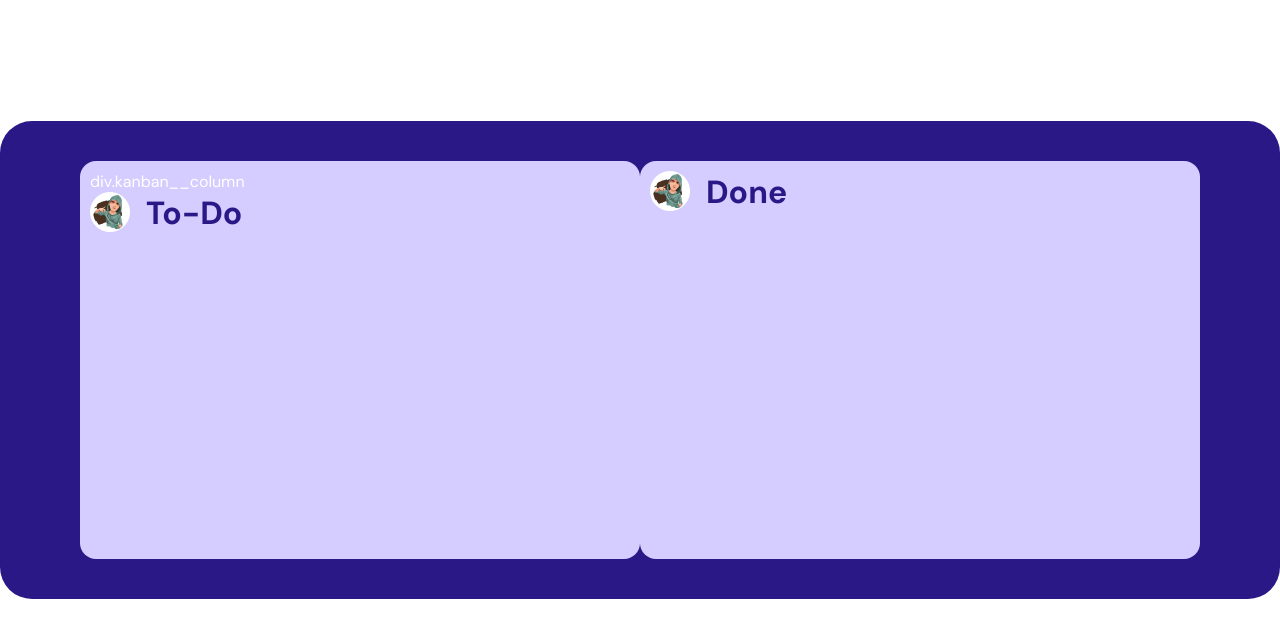
Repository: VitasYo/Kanban
Page: index.html
These files come from the project's save history. The page is drawn as it stood at one moment and after a run of saves; the edit follows.
The browser window is 1280 px wide. The pictures show the whole page.

Above is the page before, as saved 2024-04-14 23:25:51.

### index.html
<!DOCTYPE html>
<html lang="en">
<head>
  <meta charset="UTF-8">
  <meta name="viewport" content="width=device-width, initial-scale=1.0">
  <link rel="stylesheet" href="./src/assets/css/index.css">
  <title>To-Do-List-Kanban</title>
</head>
<body>
  <main class="kanban">
    <section class="kanban__column">
      div.kanban__column
      <div class="kanban__title_and_icon">
        <img height=40 width=40 src="src/assets/img/Avatar.jpg" alt="Аватар">
        <h2 class="kanban__title">To-Do</h2>
      </div>

    </section>

    <section class="kanban__column kanban__column--done">
      <div class="kanban__title_and_icon">
        <img height=40 width=40 src="src/assets/img/Avatar.jpg" alt="Аватар">
        <h2 class="kanban__title">Done</h2>
      </div>
    </section>
  </main>
  </body>
<script src="./src/assets/js/index.js"></script>
</html>

### src/assets/css/index.css
@import url('https://fonts.googleapis.com/css2?family=DM+Sans:opsz,wght@9..40,100;9..40,200;9..40,300;9..40,400;9..40,500;9..40,600;9..40,700;9..40,800;9..40,900;9..40,1000&display=swap');
@import './component/_kanban.css';
@import './_media.css';



* {
  font-family: 'DM Sans', sans-serif;
}

* {
  box-sizing: border-box;
  margin: 0;
  padding: 0;
}

body {
  font-family: 'Arial', sans-serif;
  background-color: white;
  color: white;
  display: flex;
  flex-direction: column;
  min-height: 100vh;
}


.header__title,
.footer__text {
  margin: 0;
  padding: 10px 0;
}

.container {
  width: 100%;
  padding-right: 15px;
  padding-left: 15px;
  margin-right: auto;
  margin-left: auto;
}

### src/assets/css/component/_kanban.css
.kanban {
    display: flex;
    flex-wrap: wrap;
    justify-content: space-around;
    flex-grow: 1;
    flex: 0 0 100%;
    border-radius: 32px;
    border: 40px solid #2B1887;
    background-color: #2B1887;
    display: grid;
    grid-template-columns: 1fr 1fr;
    margin: auto;
    padding-inline: 40px;
}

.kanban__column {
    height: 398px;
    width: 560px;
    background-color: #D5CCFF;
    border-radius: 16px;
    padding: 10px;
}

.kanban__title {
    color: #2B1887;
    font-size: 32px;
    margin-bottom: 24px;
    padding-left: 16px;
}

.kanban__title_and_icon {
    display: flex;
}

### src/assets/css/_media.css
@media (min-width: 576px) {
    .container {
        max-width: 540px;
    }
}

@media (min-width: 768px) {
    .container {
        max-width: 720px;
    }
}

@media (min-width: 992px) {
    .container {
        max-width: 960px;
    }
}

@media (min-width: 1200px) {
    .container {
        max-width: 1140px;
    }
}

@media (min-width: 1400px) {
    .container {
        max-width: 1320px;
    }
}

@media screen and (min-width: 640px) {
    .kanban__column {
        flex: 0 0 calc(33.333% - 20px);
    }
}

Loaded but not shown: src/assets/js/index.js (no stored copy; drawn as an empty file)

After the next 2 saves:
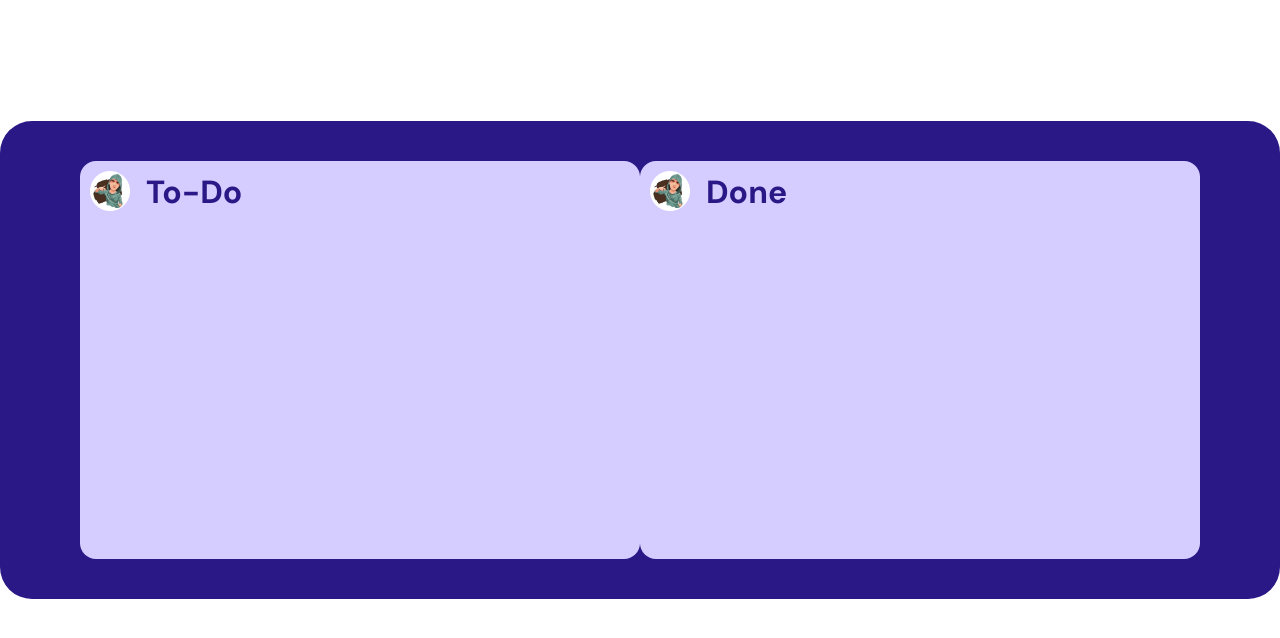
The 2 saves are shown as one change because they came seconds apart.
The last was saved 6 s later.
--- a/index.html
+++ b/index.html
@@ -8,8 +8,7 @@
 </head>
 <body>
   <main class="kanban">
-    <section class="kanban__column">
-      div.kanban__column
+    <section class="kanban__column kanban__column--to-do">
       <div class="kanban__title_and_icon">
         <img height=40 width=40 src="src/assets/img/Avatar.jpg" alt="Аватар">
         <h2 class="kanban__title">To-Do</h2>
